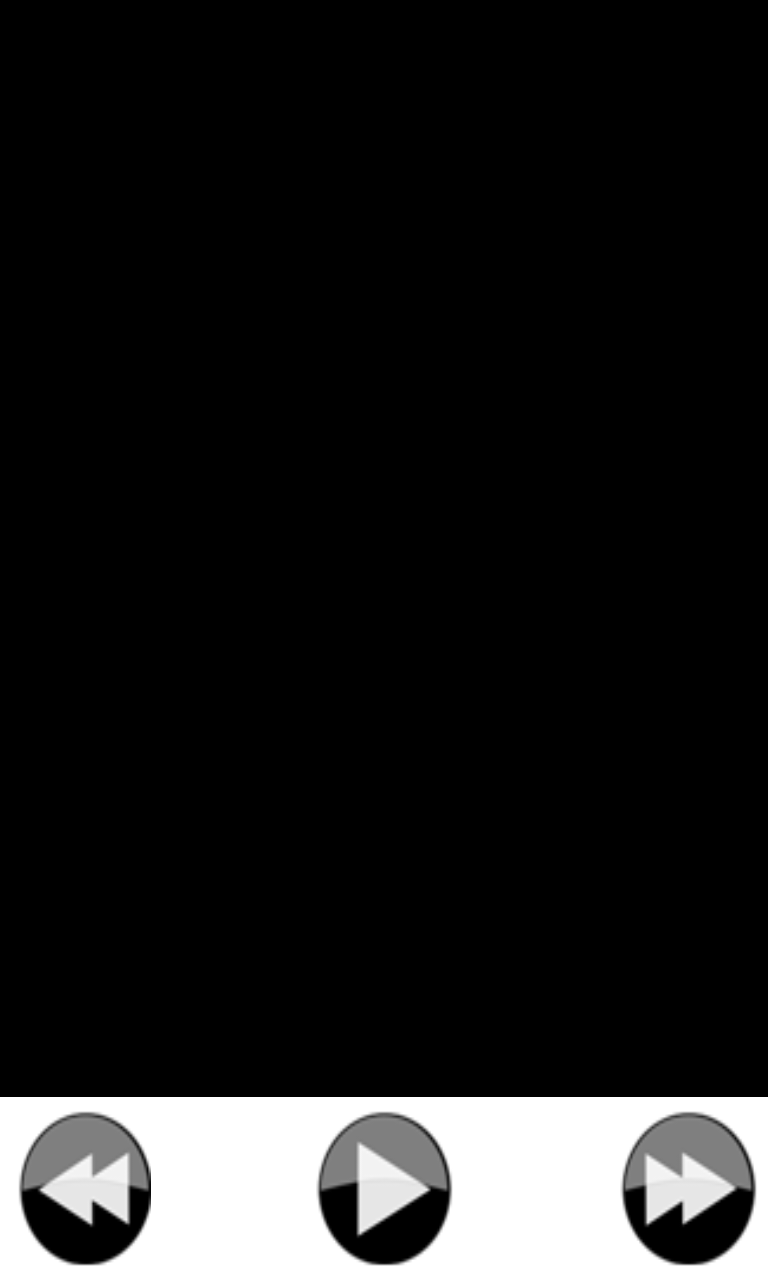
Repository: Yunithium/MAMN01
Layout: MyMediaPlayer/res/layout/main.xml
The author's editor kept a copy of each file at every save. The layout is drawn from the files as they stood at one save, then again after the next save.
It is drawn on a 768 x 1280 px phone screen (xhdpi) without system bars, with theme android:Theme; the app's code is not run.

Above is the layout before, as saved 2013-12-07 16:06:23.

After the next save:
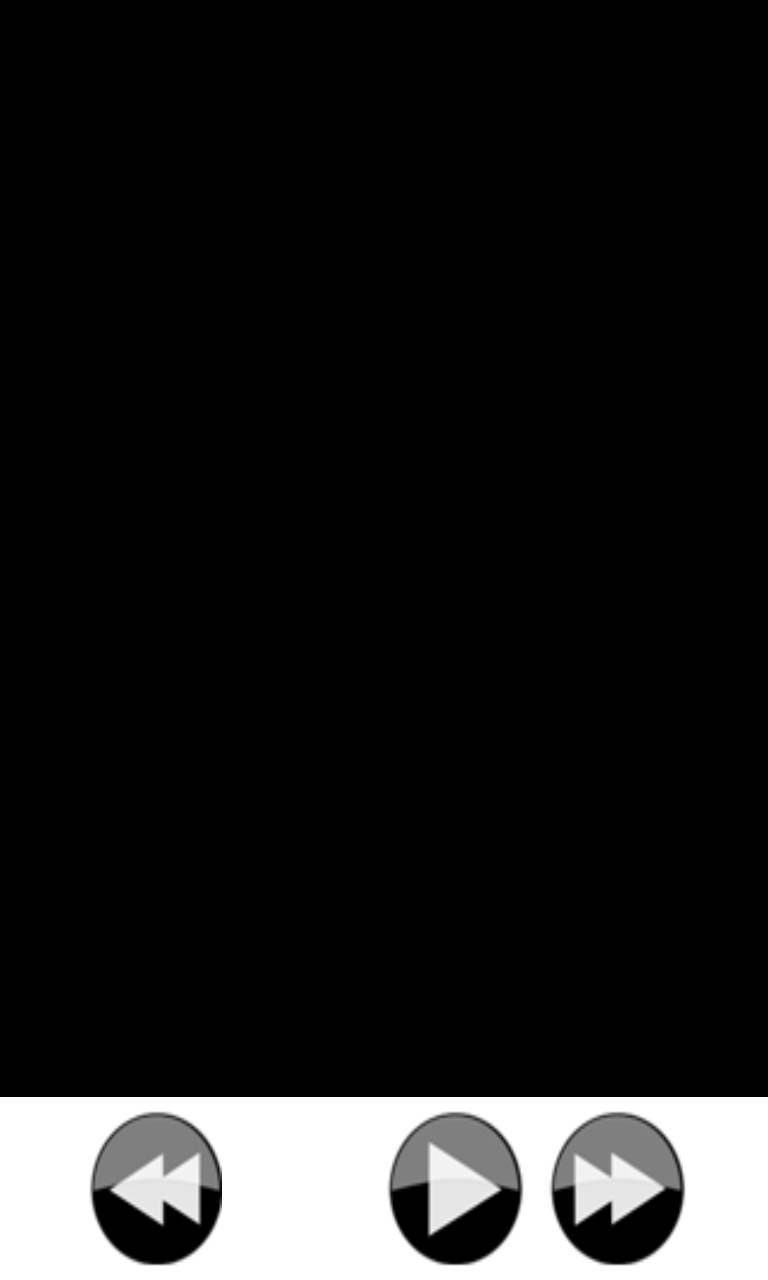
Saved 107 s later.
--- a/MyMediaPlayer/res/layout/main.xml
+++ b/MyMediaPlayer/res/layout/main.xml
@@ -58,10 +58,7 @@
                 android:background="@drawable/play"
                 android:onClick="click" />
 
-            <View
-                android:layout_width="0dip"
-                android:layout_height="0dip"
-                android:layout_weight="1" />
+
 
             <Button
                 android:id="@+id/btnNext"
